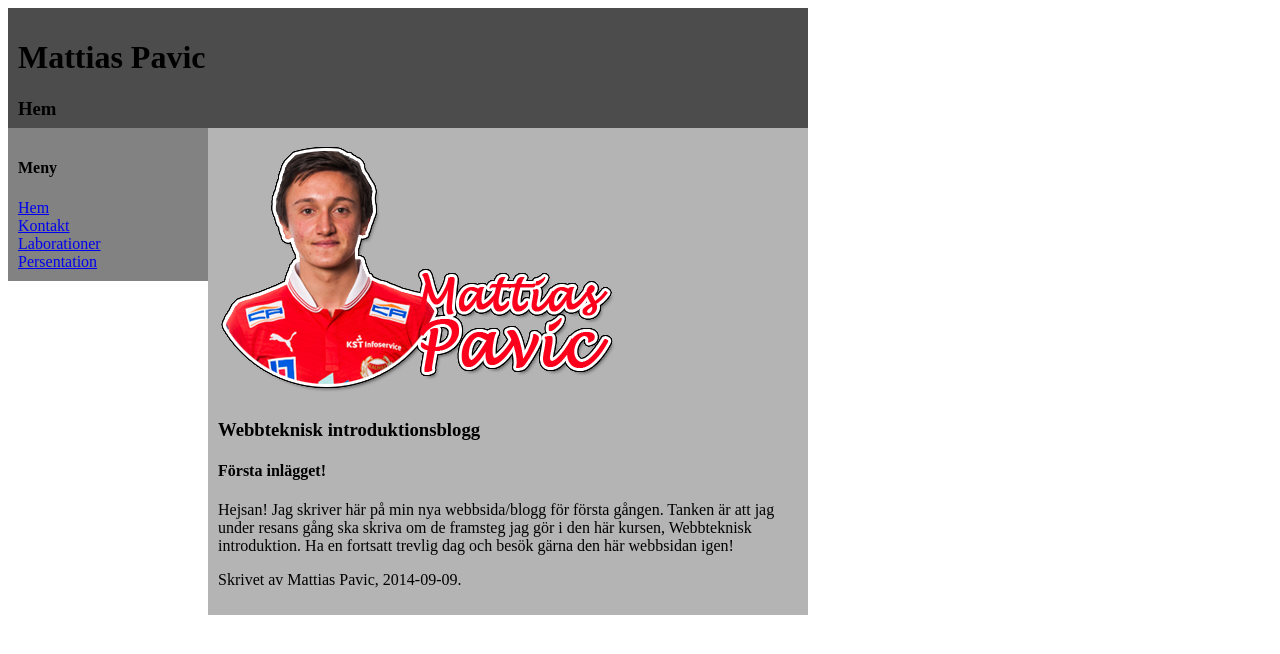
Repository: mp222sf/1ik415-laborationer
Page: index.html
The author's editor kept a record of every edit. The page is drawn from the files as they stood at one moment, then again after the next edit.
The browser window is 1280 px wide. The pictures show the whole page.

Above is the page before.

### index.html
<!doctype html>
<html lang="sv">
    <head>
        <meta charset="utf-8" />
        <title>Mattias Pavic</title>
    </head>
    <body>

        <div id="container" style="width:800px">
            <div id="header" style="padding: 10px;background-color:#4C4C4C;height: 100px;">
                <h1>Mattias Pavic</h1>
                <h3>Hem</h3>
            </div>
            <div id="menu" style="padding: 10px;background-color:#828282;width:180px;float:left;">
                <h4>Meny</h4>
                <a href="index.html">Hem</a><br>
                <a href="pages/kontakt.html">Kontakt</a><br>
                <a href="pages/laborationer.html">Laborationer</a><br>
                <a href="pages/presentation.html">Persentation</a><br>
            </div>

            <div id="content" style="padding: 10px;background-color:#B4B4B4;width:580px;float:left;">
                <!--Här skriver vi infomationen om mina intressen.-->

                <img id="jag_logotype" src="pics/jag_logotype.png">

                <h3>Webbteknisk introduktionsblogg</h3>

                <h4>Första inlägget!</h4>
                <p> Hejsan! Jag skriver här på min nya webbsida/blogg för första gången.
                    Tanken är att jag under resans gång ska skriva om de framsteg jag gör i den här kursen, Webbteknisk introduktion.
                       Ha en fortsatt trevlig dag och besök gärna den här webbsidan igen!</p>

                <p>Skrivet av Mattias Pavic, 2014-09-09.</p>

            </div>

        </div>



    </body>
</html>

After the next edit:
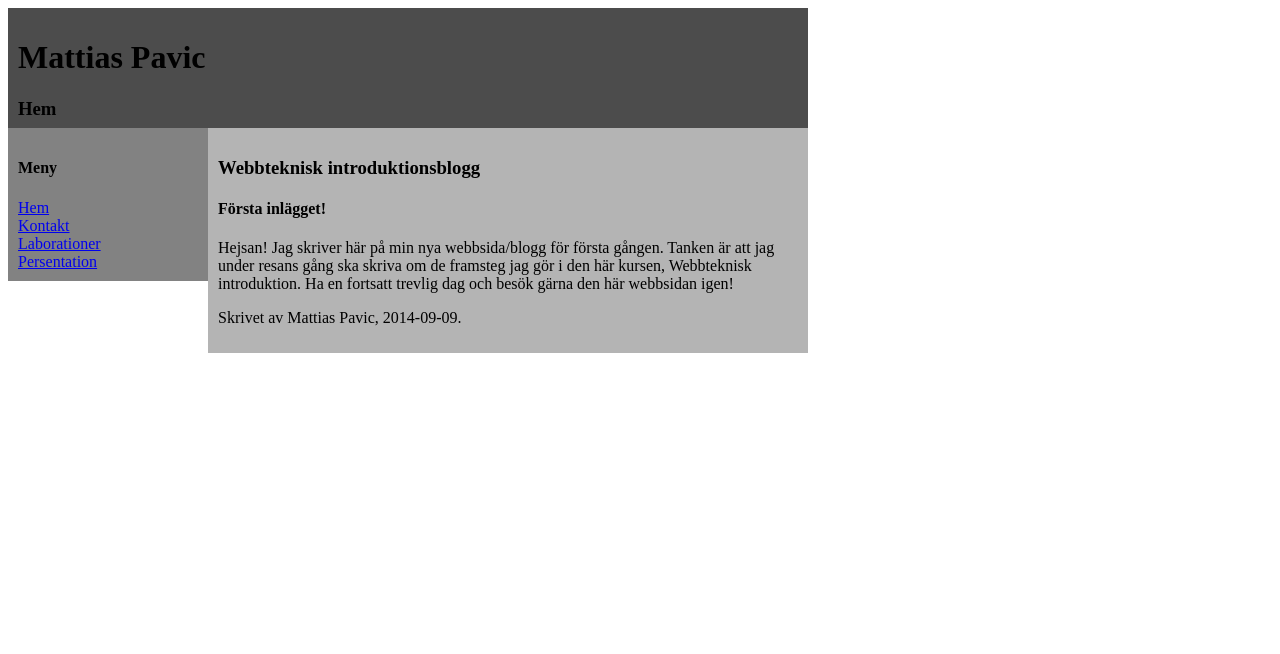
The edit:
--- a/index.html
+++ b/index.html
@@ -22,7 +22,7 @@
             <div id="content" style="padding: 10px;background-color:#B4B4B4;width:580px;float:left;">
                 <!--Här skriver vi infomationen om mina intressen.-->
 
-                <img id="jag_logotype" src="pics/jag_logotype.png">
+
 
                 <h3>Webbteknisk introduktionsblogg</h3>
 
